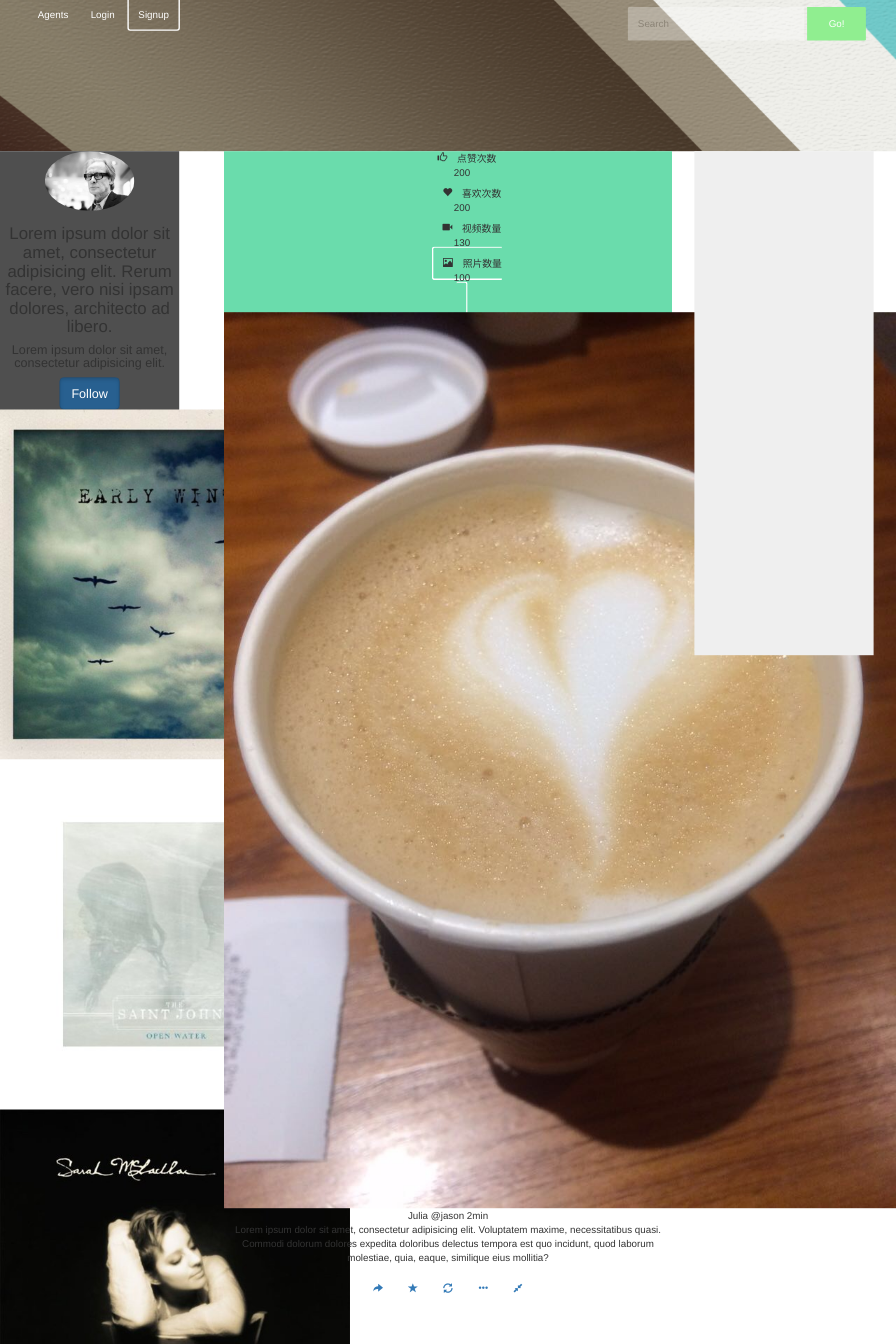
Repository: JasonBour/Beautypedia
Page: http://localhost/profile.php
The author's editor kept a copy of each file at every save. The page is drawn from the files as they stood at one save, then again after the next save.
The browser window is 1280 px wide. The pictures show the part of the page from y = 0 to 1920 px (the page is 4585 px tall), at 70% of full size.
The page is run by PHP 8.4 with error messages shown; the project is at /var/www/html/.

Above is the page before, as saved 2015-09-16 12:56:54.

### Beautypedia/profile.php
<?php



?>

<html>

<head>
<!-- personal page-->
<title></title>
<meta charset="utf-8">
<link rel="stylesheet" type="text/css" href="./css/profile.css">
 <link rel="stylesheet" type="text/css" href="./css/bootstrap.min.css">
</head>

<body >
<div class="head" style="background: url('images/image_head.png');">
<section style="display:inline;float:left;">
  <header>
   <ul style="color: white">
    <li  class="header" style="list-style-type: none;display:inline;">Agents</li>
    <li class="header" style="list-style-type: none;display:inline;">Login</li>
    <li class="header" style="list-style-type: none;display:inline;">Signup</li>
   </ul>
  </header>


</section>


<form action="" style="display:inline;float:left;"><input type="text" placeholder="Search" class="search">
<input type="button" class="go" value="Go!" style="color: white">
</form>

</div>


<div class="left-profile">

<img alt="" src="./images/head.jpg" class="img-circle head" style="width: 50%;height: auto"><!-- headimage circle -->


<!-- text here -->
<h3>Lorem ipsum dolor sit amet, consectetur adipisicing elit. Rerum facere, vero nisi ipsam dolores, architecto ad libero.  </h3>
<h4>Lorem ipsum dolor sit amet, consectetur adipisicing elit.</h4>

<a href="#" class="btn btn-primary btn-lg active follow" role="button">Follow</a>

<div class="image-display">
	<p class="image_contain">
		<img src="images/808141046465970.jpg_500x500xundefined.jpg" class="image-display">
	     <img src="images/1274333976681636.jpg_500x500xundefined.jpg" class="image-display">
	     <img src="images/2540971371971260.jpg_500x500xundefined.jpg" class="image-display">
	</p>
    <p class="image_contain">
    	<img src="images/3234763209241135.jpg_500x500xundefined.jpg" class="image-display">
    	<img src="images/6619063297746674624.jpg" class="image-display">
    	<img src="images/6630305804141019376.jpg" class="image-display">
    </p>
    <p class="image_contain">
    	<img src="images/6630309102676568298.jpg" class="image-display">
    	<img src="images/6630750006839844164.jpg" class="image-display">
    	<img src="images/jason.jpg" class="image-display">
    </p>
</div>



</div>


<div class="center-news">

<div class="head-info">
<section class="number">
	<ul>
		<li class="item">
			<span class="glyphicon glyphicon-thumbs-up" aria-hidden="true" >
             <font style="font-family:'Open Sans', Helvetica, Arial, sans-serif;">点赞次数</font>
             </span>
             <p>
             	200
             </p>

		</li>


		 <li class="item">
		 	<span class="glyphicon glyphicon-heart" aria-hidden="true" >
             <font style="font-family:'Open Sans', Helvetica, Arial, sans-serif;">喜欢次数</font>
             </span>
             <p>
             	200
             </p>
		 </li >

        <li class="item">
		 	<span class="glyphicon glyphicon-facetime-video" aria-hidden="true" >
             <font style="font-family:'Open Sans', Helvetica, Arial, sans-serif;">视频数量</font>
             </span>
             <p>
             	130
             </p>
		 </li >

		  <li class="item">
		 	<span class="glyphicon glyphicon-picture" aria-hidden="true" >
             <font style="font-family:'Open Sans', Helvetica, Arial, sans-serif;">照片数量</font>
             </span>
             <p>
             	100
             </p>
		 </li >




	</ul>
</section>


</div> <!-- this is the lastest news number for users  -->
<div class="divide">

</div>
<div class="real-content">

<article class="post">
	<img src="images/avator.jpg" class="avator">
    <section class="content">
     <header class="span">
     	<span class="name">Julia</span>
        <span class="account">@jason </span>
        <span class="time"> 2min</span>
     </header>
     <p class="tweet">Lorem ipsum dolor sit amet, consectetur adipisicing elit. Voluptatem maxime, necessitatibus quasi. Commodi dolorum dolores expedita doloribus delectus tempora est quo incidunt, quod laborum molestiae, quia, eaque, similique eius mollitia?</p>
  <footer>
  	<nav>
  		<a href="" class="icon"><li class="glyphicon glyphicon-share-alt"></li></a>
        <a href="" class="icon"><li class="glyphicon glyphicon-star"> </li></a>
        <a href="" class="icon"><li class="glyphicon glyphicon-refresh"></li></a>
  	    <a href="" class="icon"><li class="glyphicon glyphicon-option-horizontal"></li></a>
  	    <a href="" class="icon"><li class="glyphicon glyphicon-resize-small"></li></a>
  	</nav>

  </footer>

    </section>
</article>



</div>
</div>


<div class="news"></div>


</body>

</html>

### Beautypedia/css/profile.css
@CHARSET "UTF-8";
body{
	font-family:lucida console, sans-serif;
	font-size:52.5%;
	text-align:center;

}


div.head{
	padding-top:10px;
	height:30%;
	width:100%;
    float:left;

}

form{
    margin-left:50%;
	padding:2em 0 43m 0;

}
input.search{
	padding:1em;
	border:0;
	width:18em;
	border-radius:2px 0 0 2px;
	opacity:.3;
}
input.go{

	padding:1em;
	border:0;
	width:6em;
	border-radius:0 2px  2px 0 ;
	background-color:lightgreen;
}



div.left-profile{
  float:left;
	display:inline;
	width:20%;
   background-color:#4f4f4f;
	height:100%;
    margin-right :5%;
}

div.center-news{
	margin:0  2.5% 5% 0;
	float:left;
    display:inline;
    width:50%;
    background-color:#6adcac;
	height:100%;
}

div.news{
	float:left;
  width:20%;
	height:100%;
	background-color:#efefef;
}



header{
	ul{
	float:left;

     }




}
li{
      display:inline;!unless
	  float:left;!unless
	  margin:0.5em 1em;
	  padding:1em;

      }

 li:last-child{
	border: 2px solid #FFFFFF;
 	border-radius:4px 4px 4px 4px;
 }

h3{
	font-size:2em;
}

Loaded but not shown: Beautypedia/css/bootstrap.min.css (library)

After the next save:
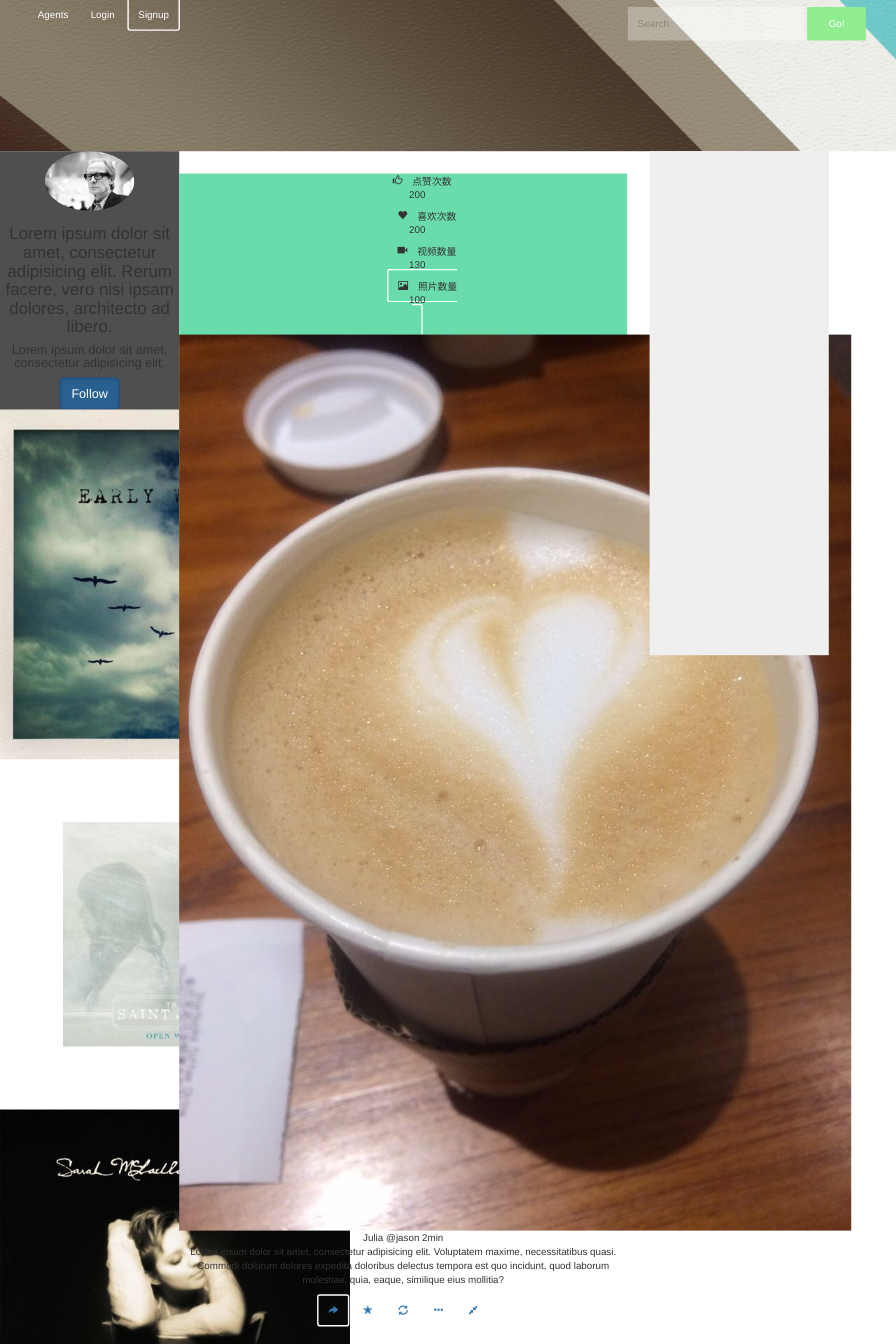
Saved 35 s later.
--- a/Beautypedia/css/profile.css
+++ b/Beautypedia/css/profile.css
@@ -44,11 +44,11 @@ div.left-profile{
 	width:20%;
    background-color:#4f4f4f;
 	height:100%;
-    margin-right :5%;
+
 }
 
 div.center-news{
-	margin:0  2.5% 5% 0;
+	margin:2.5%  2.5% 5% 0;
 	float:left;
     display:inline;
     width:50%;
